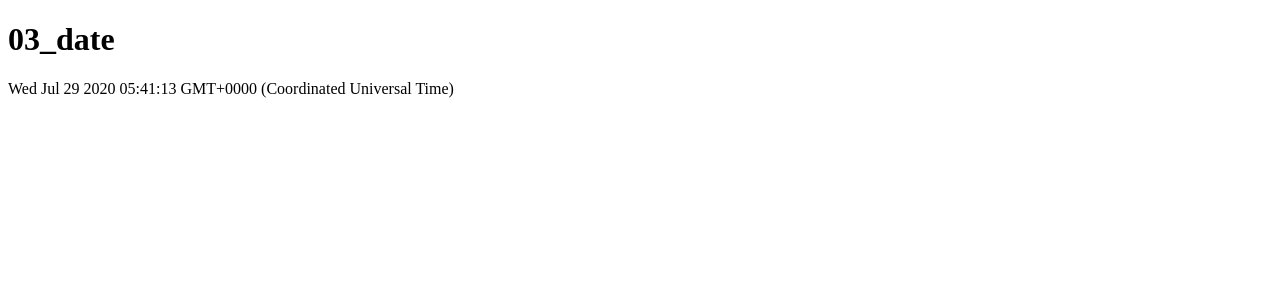
Repository: psun2/Korea-IT-Academy
Page: (back up) _ 오전/study_a/web_work/scriptProj/WebContent/dom/03_date.html
These files come from the project's save history. The page is drawn as it stood at one moment and after the next save; the edit follows.
The browser window is 1280 px wide. The pictures show the whole page.

Above is the page before, as saved 2020-08-04 05:12:27.

After the next save:
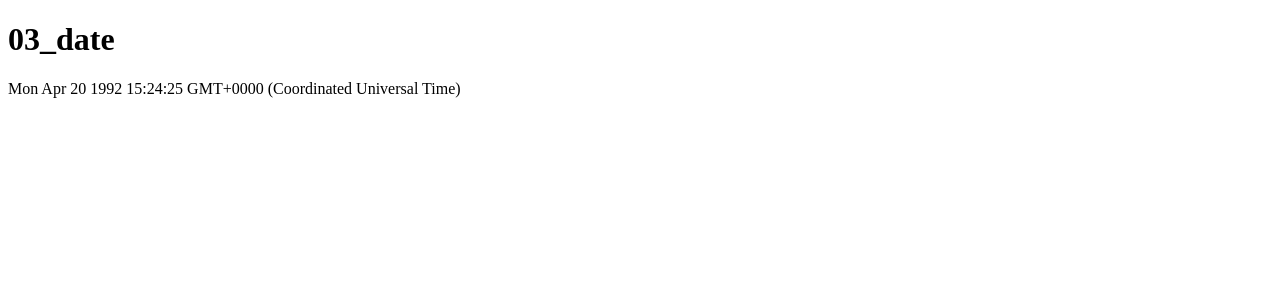
Saved 73 s later.
--- a/(back up) _ 오전/study_a/web_work/scriptProj/WebContent/dom/03_date.html
+++ b/(back up) _ 오전/study_a/web_work/scriptProj/WebContent/dom/03_date.html
@@ -7,8 +7,11 @@
 <body>
 <h1>03_date</h1>
 <script>
-	var today = new Date()
+	var today = new Date(1992,3,20,15,24,25)
 	document.write(today)
+
+
+
 </script>
 </body>
 </html>
